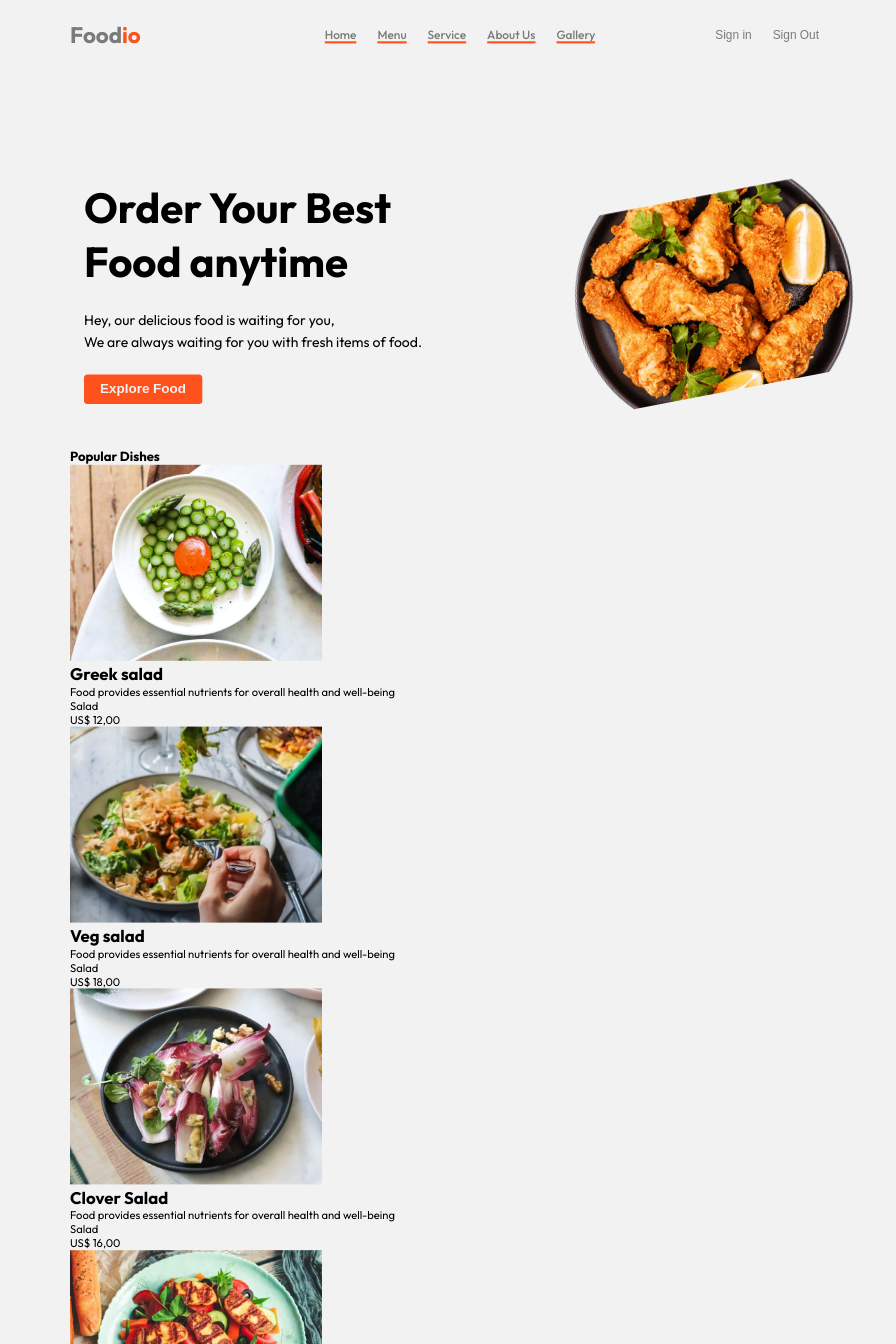
Repository: guilhermecardoso93/foodio
Page: /
An editor plug-in stored every save of this project. The page is shown before and after the next save, followed by the edit.
The browser window is 1280 px wide. The pictures show the part of the page from y = 0 to 1920 px (the page is 12632 px tall), at 70% of full size.
The project was rebuilt for these pictures with package versions that can differ from the ones it lists, and the page was loaded fresh each time. Also part of the build but not shown: vite.config.js, src/index.css.

Above is the page before, as saved 2024-11-05 19:49:46.

After the next save:
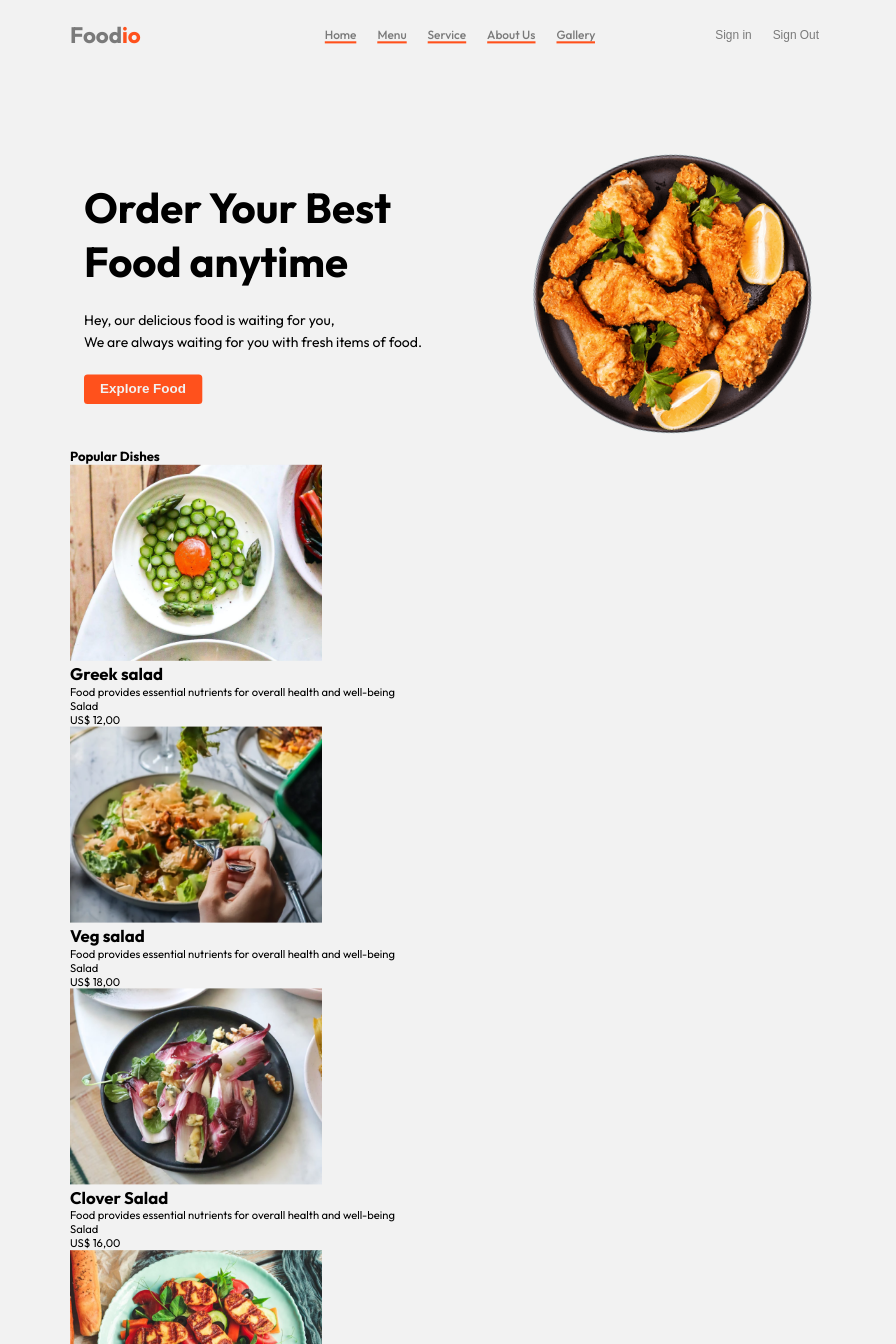
Saved 21 s later.
--- a/src/components/Main/styles.css
+++ b/src/components/Main/styles.css
@@ -1,5 +1,5 @@
 .content {
-  display: flex;
+  display: grid;
   grid-template-columns: 50% auto;
   margin-top: 100px;
   gap: 30px;
